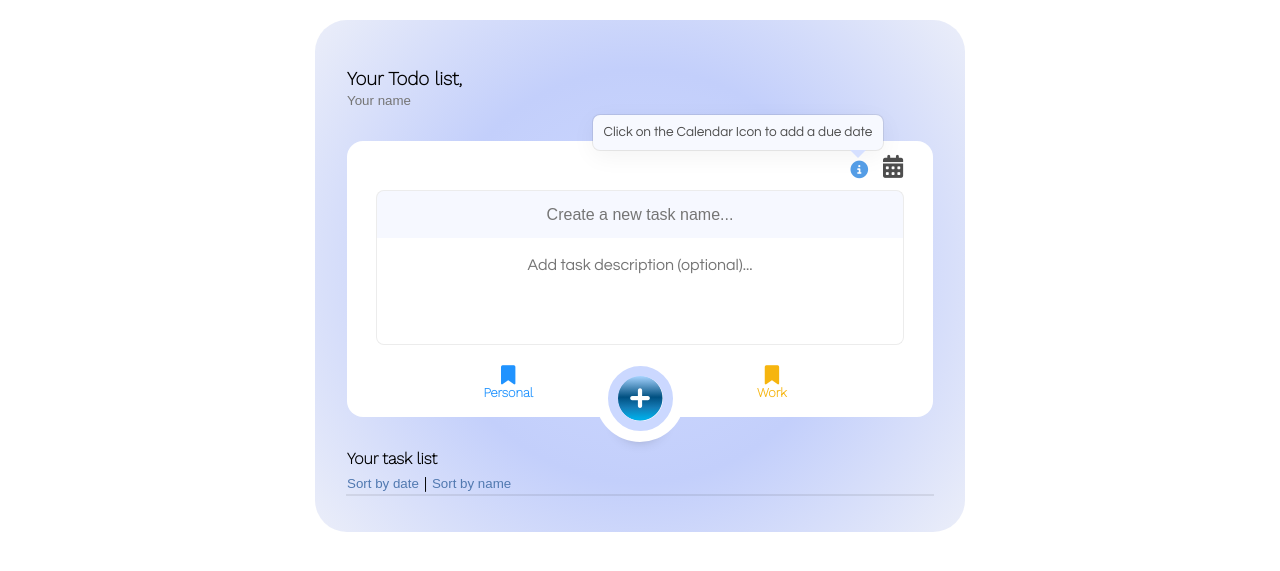
Repository: WesleyErasmus/Todo-App
Page: todoApp.html
An editor plug-in stored every save of this project. The page is shown before and after the next save, followed by the edit.
The browser window is 1280 px wide. The pictures show the whole page.
Some web libraries are served in a nearby version.

Above is the page before, as saved 2022-06-26 18:01:35.

After the next save:
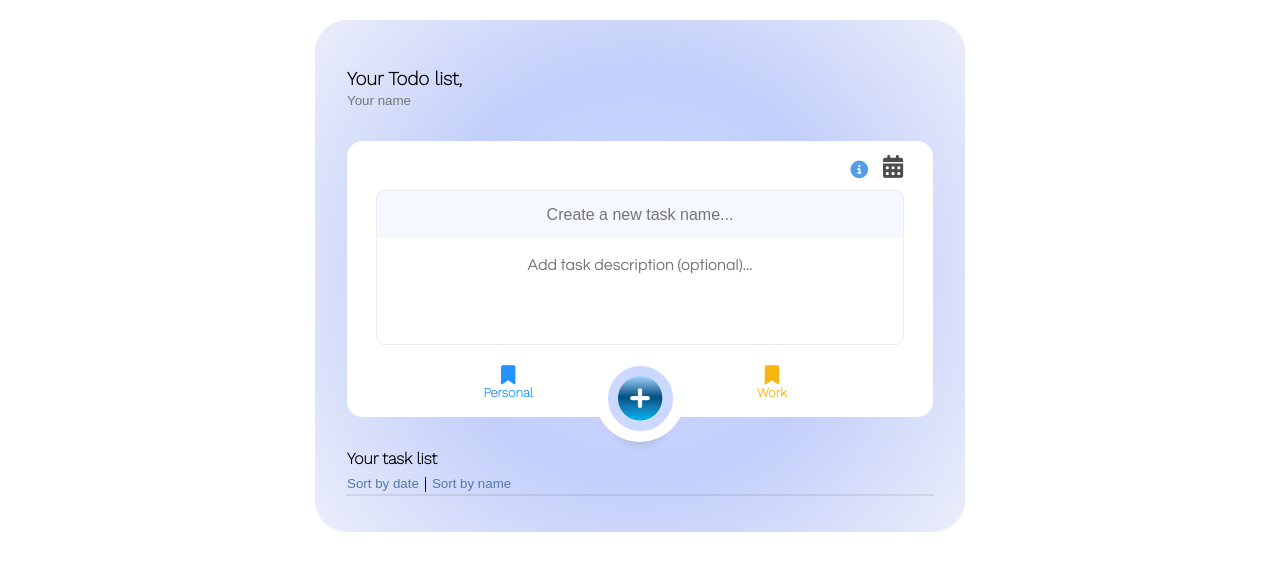
Saved 7 s later.
--- a/css/todoApp.css
+++ b/css/todoApp.css
@@ -167,7 +167,7 @@ header {
 
 /*Calendar Tooltip styling */
 .calendar-info {
-  visibility: visible;
+  visibility: hidden;
   position: absolute;
   width: 290px;
   height: 35px;
